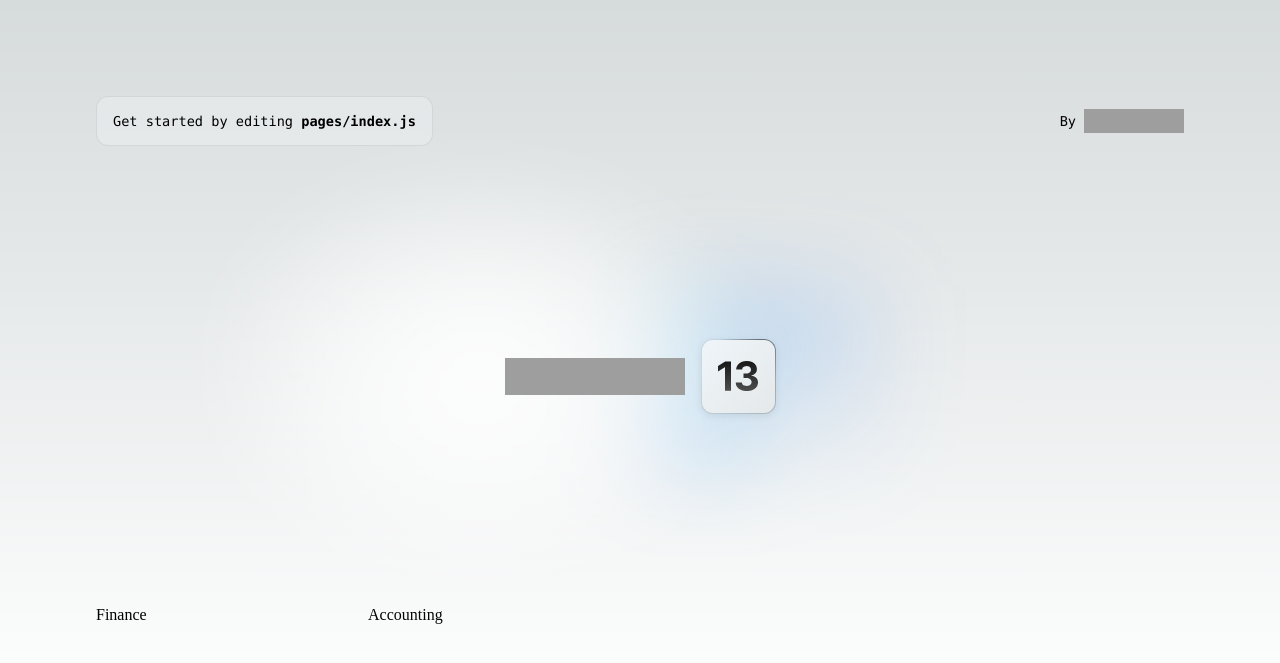
Repository: JacobSkilling-dot/week3-DynamicDesign
Page: / (app in Week-3-example/)
The author's editor kept a copy of each file at every save. The page is drawn from the files as they stood at one save, then again after a run of saves.
The browser window is 1280 px wide. The pictures show the whole page.
Pictures or frames that could not be fetched are drawn as grey boxes. The project was rebuilt for these pictures with package versions that can differ from the ones it lists, and the page was loaded fresh each time. The framework's server and built-in components were replaced by stand-ins that run in the browser. Also part of the build but not shown: Week-3-example/next.config.js.

Above is the page before, as saved 2023-01-16 10:45:37.

After the next 3 saves:
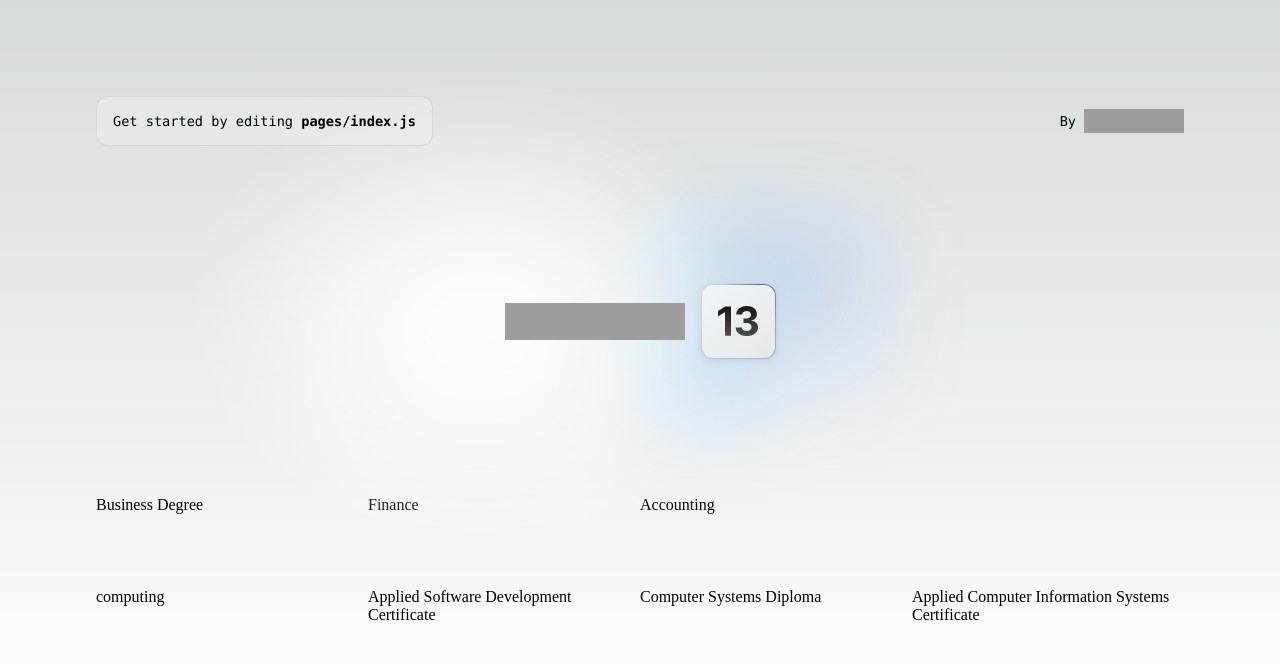
The 3 saves are shown as one change because 2 did not build or start.
The last was saved 4 min 49 s later.
--- a/Week-3-example/pages/index.js
+++ b/Week-3-example/pages/index.js
@@ -66,8 +66,20 @@ export default function Home() {
         </div>
 
         <div className={styles.grid}>
+          <div>Business Degree</div>
           {information && information.map((info, index) => {
             if(info.department.toLowerCase() === "business") {
+            return (
+              <div key={index}>{info.degree}</div>
+            )
+            }
+          })}
+          </div>
+
+        <div className={styles.grid}>
+          <div>computing</div>
+          {information && information.map((info, index) => {
+            if(info.department.toLowerCase() === "computing") {
             return (
               <div key={index}>{info.degree}</div>
             )
@@ -76,5 +88,5 @@ export default function Home() {
         </div>
       </main>
     </>
-  )
-}
+    )
+  }
